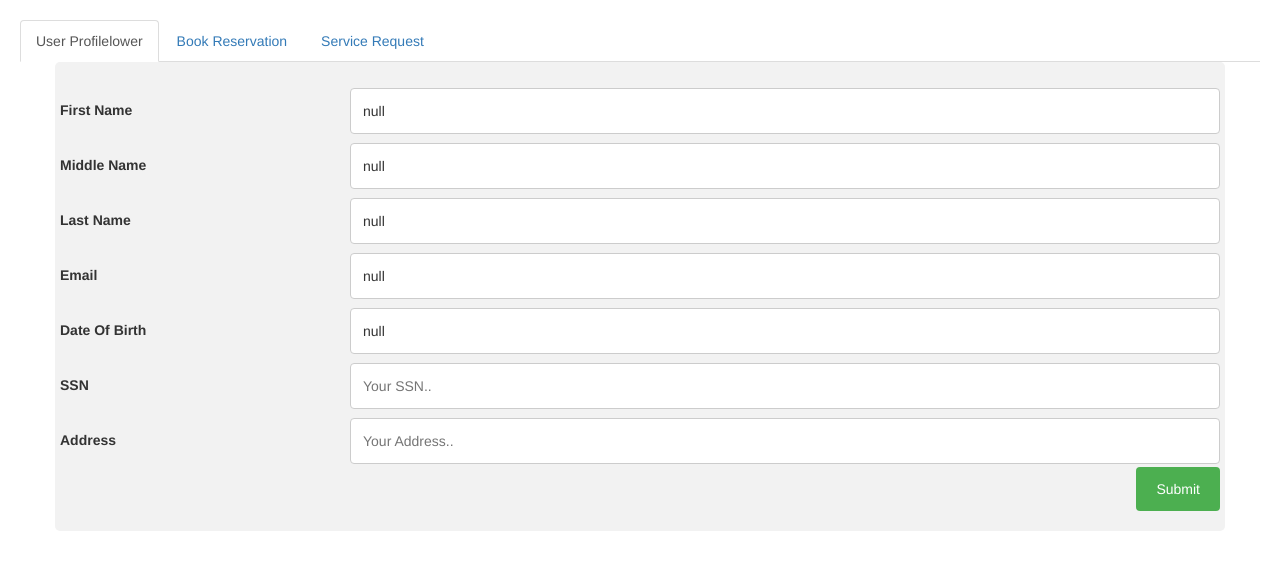
Repository: accentur/CSC507
Page: http://localhost/CSC507/userCustomerLoggedIn
These files come from the project's save history. The page is drawn as it stood at one moment and after a run of saves; the edit follows.
The browser window is 1280 px wide. The pictures show the whole page.
The page is served by Tomcat 9. Other server files are loaded and not shown.

Above is the page before, as saved 2019-02-09 22:41:17.

### CSC507/src/main/webapp/customer.jsp
<%--  <%@ page import="com.saintrose.models.User" %> --%>
<%@ page language="java" contentType="text/html; charset=ISO-8859-1"
	pageEncoding="ISO-8859-1"%>
<!DOCTYPE html PUBLIC "-//W3C//DTD HTML 4.01 Transitional//EN" "http://www.w3.org/TR/html4/loose.dtd">

<html>
<head>

<meta http-equiv="Content-Type" content="text/html; charset=ISO-8859-1">
<title>Insert title here</title>

<%--  <link rel="stylesheet" href="${pageContext.request.contextPath}/BookMyRoom/WEB-INF/css/bootstrap.min.css"> --%>
<link rel="stylesheet" href="https://maxcdn.bootstrapcdn.com/bootstrap/3.3.7/css/bootstrap.min.css">
<script src="https://ajax.googleapis.com/ajax/libs/jquery/1.12.4/jquery.min.js"></script>
<%--  <script src="${pageContext.request.contextPath}/BookMyRoom/WEB-INF/JS/bootstrap.min.js"></script> --%>
 <script src="https://maxcdn.bootstrapcdn.com/bootstrap/3.3.7/js/bootstrap.min.js"></script>
<style type="text/css">

.disabledTab{
    pointer-events: none;
}
	.bs-example{
		margin: 20px;
	}

	{
  box-sizing: border-box;
}

input[type=text], select, textarea {
  width: 100%;
  padding: 12px;
  border: 1px solid #ccc;
  border-radius: 4px;
  resize: vertical;
}

label {
  padding: 12px 12px 12px 0;
  display: inline-block;
}

input[type=submit] {
  background-color: #4CAF50;
  color: white;
  padding: 12px 20px;
  border: none;
  border-radius: 4px;
  cursor: pointer;
  float: right;
}

input[type=submit]:hover {
  background-color: #45a049;
}

.container {
  border-radius: 5px;
  background-color: #f2f2f2;
  padding: 20px;
}

.col-25 {
  float: left;
  width: 25%;
  margin-top: 6px;
}

.col-75 {
  float: left;
  width: 75%;
  margin-top: 6px;
}

/* Clear floats after the columns */
.row:after {
  content: "";
  display: table;
  clear: both;
}
</style>
</head>
<body>
 <div class="bs-example">

        <!-- Brand and toggle get grouped for better mobile display -->

  <ul class="nav nav-tabs">
        <li class="active"><a data-toggle="tab" href="#userProfile">User Profilelower</a></li>
        <li><a data-toggle="tab" href="#bookReservation">Book Reservation</a></li>
         <li><a data-toggle="tab" href="#serviceRequest">Service Request</a></li>
    </ul>
    <div class="tab-content">
        <div id="userProfile" class="tab-pane fade in active">
            <%@include file="/userRegistration.jsp" %>
        </div>
        <div id="bookReservation" class="tab-pane fade">
            <h3>Book your room.</h3>
            <p></p>
        </div>

         <div id="serviceRequest" class="tab-pane fade">
            <h3>Please raise room service request by filling up below form.</h3>
            <p></p>
        </div>


    </div>
</div>
<%-- <center>
            <% User currentUser = ((User)(session.getAttribute("currentSessionUser")));%>

            Welcome <%= currentUser.getRole() %><br>

            Today's date: <%= (new java.util.Date()).toLocaleString()%>
         </center>
	 --%>
<%-- <%@include file="../views/logout.jsp" %> --%>

    <!-- Include all compiled plugins (below), or include individual files as needed -->



</body>

<script type="text/javascript">


$('a[data-toggle="tab"]').on('shown.bs.tab', function (e) {
	  var target = $(e.target).attr("href"); // activated tab
	  //var check=urlInitial.substr(0,4);
	  var hash = window.location.hash.split('#')[0];
	  window.location.replace(hash+target);
	});

	$('#submitform').click(function() {

       $(".disabledTab").removeClass("disabledTab");
   /*    $('.nav-tabs li:eq(1) a').addClass('active');
		$('.nav-tabs a:last').addClass('active'); */
	});

	$(document).ready(function() {
		urlInitial = window.location;
		var valnew = $(".nav-tabs").find(".active a").attr("href");
		var url = urlInitial+valnew;

		window.location.replace(url);

		/* $('.nav-tabs li:eq(1) a').addClass('disabledTab');
		$('.nav-tabs a:last').addClass('disabledTab'); */


	});
</script>

</html>

### CSC507/src/main/webapp/userRegistration.jsp
<div class="container">
  <form method="post" action="${pageContext.request.contextPath}/userCustomerLoggedIn">
  <div class="row">
    <div class="col-25">
      <label for="fname">First Name</label>
    </div>
    <div class="col-75">
      <input type="text" id="fname" name="firstname" placeholder="Your first name.." value="<%= request.getAttribute("firstname")%>">
    </div>
  </div>
  <div class="row">
    <div class="col-25">
      <label for="lname">Middle Name</label>
    </div>
    <div class="col-75">
      <input type="text" id="lname" name="middlename" placeholder="Your middle name.." value="<%= request.getAttribute("middlename")%>">
    </div>
  </div>
    <div class="row">
    <div class="col-25">
      <label for="lname">Last Name</label>
    </div>
    <div class="col-75">
      <input type="text" id="lname" name="lastname" placeholder="Your last name.." value="<%= request.getAttribute("firstname")%>" >
    </div>
  </div>
   <div class="row">
    <div class="col-25">
      <label for="lname">Email</label>
    </div>
    <div class="col-75">
      <input type="text" id="lname" name="email" placeholder="Your email.." value="<%= request.getAttribute("firstname")%>">
    </div>
  </div>
    <div class="row">
    <div class="col-25">
      <label for="lname">Date Of Birth</label>
    </div>
    <div class="col-75">
      <input type="text" id="lname" name="dob" placeholder="Your DOB.." value="<%= request.getAttribute("firstname")%>">
    </div>
  </div>

  <div class="row">
    <div class="col-25">
      <label for="lname">SSN</label>
    </div>
    <div class="col-75">
      <input type="text" id="lname" name="ssn" placeholder="Your SSN..">
    </div>
  </div>

   <div class="row">
    <div class="col-25">
      <label for="lname">Address</label>
    </div>
    <div class="col-75">
      <input type="text" id="lname" name="address" placeholder="Your Address..">
    </div>
  </div>


  <div class="row">
   <input id="submitform" type="submit" value="Submit">
    <!-- <button type="button" class="btn btn-primary">Submit</button> -->
  </div>
  </form>
</div>

### CSC507/src/main/java/com/saintrose/customer/service/CustomersServlet.java
package com.saintrose.customer.service;

import java.io.IOException;
import java.sql.SQLException;

import javax.servlet.ServletException;
import javax.servlet.http.HttpServlet;
import javax.servlet.http.HttpServletRequest;
import javax.servlet.http.HttpServletResponse;

import com.sample.model.CustomerProfile;
import com.sample.model.Login;

/**
 * Servlet implementation class CustomersServlet
 */
public class CustomersServlet extends HttpServlet {
	private static final long serialVersionUID = 1L;

    /**
     * @see HttpServlet#HttpServlet()
     */
    public CustomersServlet() {
        super();
        // TODO Auto-generated constructor stub
    }

	/**
	 * @see HttpServlet#doGet(HttpServletRequest request, HttpServletResponse response)
	 */
	protected void doGet(HttpServletRequest request, HttpServletResponse response) throws ServletException, IOException {
		// TODO Auto-generated method stub
		request.getRequestDispatcher("customer.jsp").forward(request,response);
	}

	/**
	 * @see HttpServlet#doPost(HttpServletRequest request, HttpServletResponse response)
	 */
	protected void doPost(HttpServletRequest request, HttpServletResponse response) throws ServletException, IOException {
		CustomerProfile profile=new CustomerProfile();

		profile.setFirstname(request.getParameter("firstname"));
		profile.setMiddlename(request.getParameter("middlename"));
		profile.setLastname(request.getParameter("lastname"));
		profile.setEmail(request.getParameter("email"));
		profile.setAddress(request.getParameter("address"));
		profile.setDob(request.getParameter("dob"));
		profile.setSsn(request.getParameter("ssn"));


		try {
			Login.addCustomerProfileToDB(profile);
		} catch (SQLException e) {

			e.printStackTrace();
		}

		request.setAttribute("firstname",profile.getFirstname());
		request.setAttribute("middlename",profile.getMiddlename());
		request.setAttribute("lastname",profile.getLastname());
		request.setAttribute("email",profile.getEmail());
		request.setAttribute("address",profile.getAddress());
		request.setAttribute("dob",profile.getDob());
		request.setAttribute("ssn",profile.getSsn());


		doGet(request, response);
	}

}

After the next 2 saves:
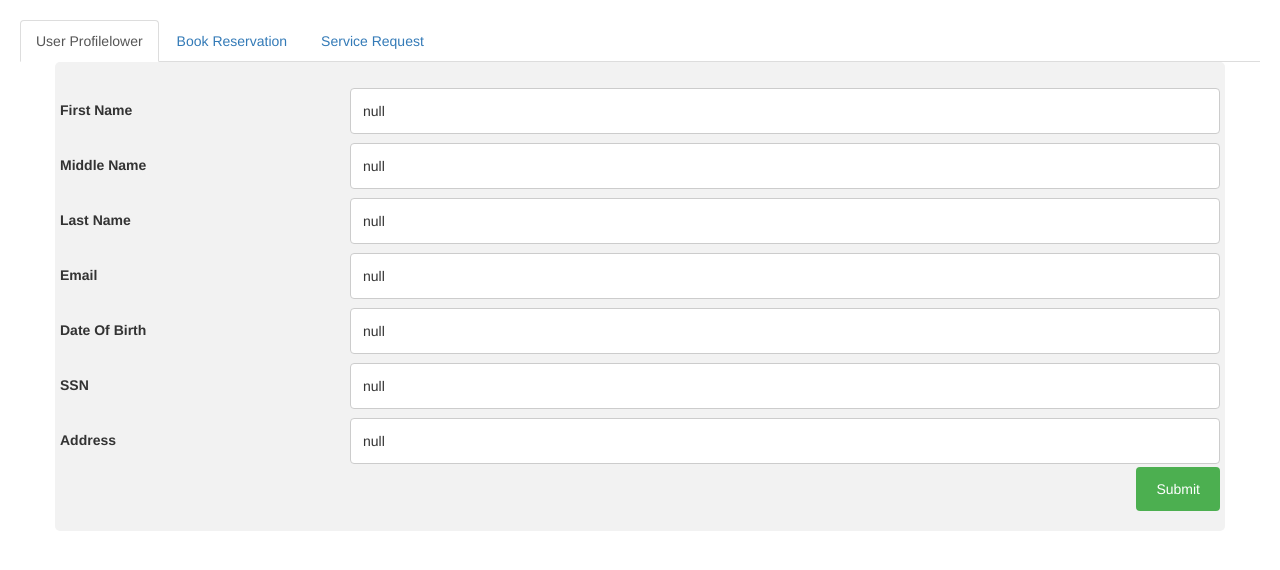
The 2 saves are shown as one change because they came seconds apart.
The last was saved 9 s later.
--- a/CSC507/src/main/webapp/userRegistration.jsp
+++ b/CSC507/src/main/webapp/userRegistration.jsp
@@ -46,7 +46,7 @@
       <label for="lname">SSN</label>
     </div>
     <div class="col-75">
-      <input type="text" id="lname" name="ssn" placeholder="Your SSN..">
+      <input type="text" id="lname" name="ssn" placeholder="Your SSN.." value="<%= request.getAttribute("firstname")%>">
     </div>
   </div>
 
@@ -55,7 +55,7 @@
       <label for="lname">Address</label>
     </div>
     <div class="col-75">
-      <input type="text" id="lname" name="address" placeholder="Your Address..">
+      <input type="text" id="lname" name="address" placeholder="Your Address.." value="<%= request.getAttribute("firstname")%>">
     </div>
   </div>
 
